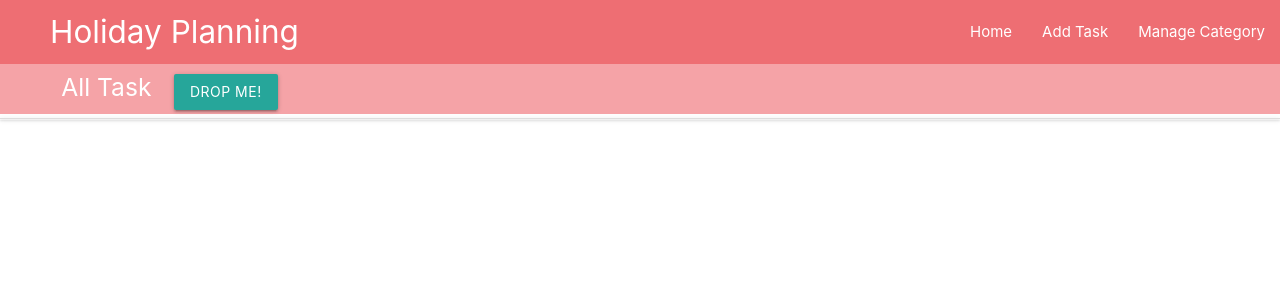
Repository: Code-Institute-Submissions/Project3-Holiday_Planning
Page: http://localhost/
The author's editor kept a record of every edit. The page is drawn from the files as they stood at one moment, then again after the next edit.
The browser window is 1280 px wide. The pictures show the whole page.
Some web libraries are served in a nearby version. The page is served by the project's application, run on Flask 3 (app.py). Queries for data that is not in the repository find no rows.

Above is the page before.

### templates/tasks.html
{% extends 'layout.html' %} {% block content %}


<div class="allTask">
  <div class='row all_task_navi'>
      <div class='col'>
        <h5>All Task</h5>
      </div>
      <div class='col'>
           <!-- Dropdown Trigger -->
      <a class='dropdown-trigger btn' href='#' data-target='dropdown1'>Drop Me!</a>

    <!-- Dropdown Structure -->
    <ul id='dropdown1' class='dropdown-content'>
      <li><a href="#!">one</a></li>
      <li><a href="#!">two</a></li>
      <li class="divider" tabindex="-1"></li>
      <li><a href="#!">three</a></li>
      <li><a href="#!"><i class="material-icons">view_module</i>four</a></li>
      <li><a href="#!"><i class="material-icons">cloud</i>five</a></li>
    </ul>
      </div>

  </div>




<div class="row">

<!--put the collapsible initialization in layout.html    -->
  <ul class="collapsible">
    {% for task in tasks %}
    <li>

      <div class="collapsible-header">
          <div class="task_header col s3">
              <i class="material-icons">expand_more</i>
              <a href="{{url_for('delete_task', task_id=task._id)}}" class="waves-effect waves-light btn btn-small">Done</a>
              <a href="{{url_for('edit_task', task_id=task._id)}}" class="waves-effect waves-light btn btn-small">Edit</a>
          </div>

          <div class="task_header col s9">
              <strong>Category : {{task.category_name}}</strong>
              <br><strong>{{task.task_name}}</strong> - {{task.due_date}}
          </div>
      </div>


      <div class="collapsible-body">
        <span>{{task.task_description}}</span><br><span>{{task.website}}</span><br><span>Person in charge - {{task.person_in_charge}}</span>
      </div>

    </li>
    {% endfor %}
  </ul>
</div>
</div>

{% endblock %}

### templates/layout.html
<!DOCTYPE html>
<html>

<head>
        <link href="https://fonts.googleapis.com/icon?family=Material+Icons" rel="stylesheet">
        <link rel="stylesheet" href="https://cdnjs.cloudflare.com/ajax/libs/materialize/1.0.0/css/materialize.min.css">
        <link rel="stylesheet" href="{{url_for('static', filename='css/style.css')}}" type="text/css"/>
</head>


<body>
    <header>
        <nav>
            <div class="nav-wrapper">
                <a href="{{url_for('get_tasks')}}" class="brand-logo">Holiday Planning</a>
                <a href="#" data-activates="mobile-demo" class="sidenav-trigger"><i class="material-icons">menu</i></a>

                <ul id="nav-mobile" class="right hide-on-med-and-down">
                    <li><a href="{{url_for('get_tasks')}}">Home</a></li>
                    <li><a href="{{url_for('add_task')}}">Add Task</a></li>
                    <li><a href="{{url_for('get_category')}}">Manage Category</a></li>
                </ul>

                <!--extended hamburger navbar added for mobile-->
                <ul class="sidenav" id="mobile-demo">

                    <li><a href="{{url_for('get_tasks')}}">Home</a></li>
                    <li><a href="{{url_for('add_task')}}">Add Task</a></li>
                    <li><a href="{{url_for('get_category')}}">Manage Category</a></li>
                </ul>
            </div>
        </nav>
    </header>

    <div>
        {% block content %} {% endblock %}
    </div>


    <!--<script src="https://cdnjs.cloudflare.com/ajax/libs/jquery/3.4.1/jquery.min.js"></script>-->
   <script <script type="text/javascript" src="https://code.jquery.com/jquery-2.1.1.min.js"></script>
    <script src="https://cdnjs.cloudflare.com/ajax/libs/materialize/1.0.0/js/materialize.min.js"></script>

    <!--to perform the collapsible, datepicker and select option function-->
    <script type="text/javascript">
        $(document).ready(function(){
            $('.collapsible').collapsible();
            $('.datepicker').datepicker({
                format:'dd/mm/yyyy'
            });
            $('select').formSelect();
            $('.sidenav').sidenav();

        });

        // $('.datepicker').pickadate({
        //     selectMonths: true, // Creates a dropdown to control month
        //     selectYears: 15, // Creates a dropdown of 15 years to control year,
        //     today: 'Today',
        //     clear: 'Clear',
        //     close: 'Ok',
        //     closeOnSelect: false // Close upon selecting a date,
        // });

        </script>


        {%block extra_js%}{%endblock%}
</body>

</html>

### app.py
import os
from flask import Flask, render_template, redirect, request, url_for
from flask_pymongo import PyMongo
from bson.objectid import ObjectId


app = Flask(__name__)
app.config["MONGO_DBNAME"] = 'holiday_planning'
app.config["MONGO_URI"] = 'mongodb+srv://root:es1234@cluster0-dio8w.mongodb.net/holiday_planning?retryWrites=true&w=majority'
mongo = PyMongo(app)


# Function to display landing page
@app.route('/')
def index():
    return render_template("tasks.html", tasks=mongo.db.tasks.find())


# T1 - Fetch data in mongodb pass it back to tasks.html
@app.route('/get_tasks')
def get_tasks():
    tasks=mongo.db.tasks.find()
    print(tasks)
    return render_template("tasks.html",
                           tasks=tasks)



# T2 & T3 - After add_task, must follow by insert_task
@app.route('/add_task')
def add_task():
    return render_template('addTask.html',
                            category=mongo.db.category.find())


@app.route('/insert_task', methods=['POST'])
def insert_task():
    tasks = mongo.db.tasks
    tasks.insert_one(request.form.to_dict())
    return redirect(url_for('get_tasks'))



# T4 & T5 - After edit_task, must follow by update_task
@app.route('/edit_task/<task_id>')
def edit_task(task_id):
    the_task =  mongo.db.tasks.find_one({"_id": ObjectId(task_id)})
    all_category =  mongo.db.category.find()
    return render_template('editTask.html', task=the_task,
                           category=all_category)


@app.route('/update_task/<task_id>', methods=["POST"])
def update_task(task_id):
    tasks = mongo.db.tasks
    tasks.update( {'_id': ObjectId(task_id)},
    {
        'category_name':request.form.get('category_name'),
        'task_name':request.form.get('task_name'),
        'task_description': request.form.get('task_description'),
        'person_in-charge': request.form.get('person_in-charge'),
        'website': request.form.get('website'),
        'due_date': request.form.get('due_date'),
        'is_urgent':request.form.get('is_urgent')
    })
    return redirect(url_for('get_tasks'))


# T6 - Delete task from the get_tasks page
@app.route('/delete_task/<task_id>')
def delete_task(task_id):
    mongo.db.tasks.remove({'_id': ObjectId(task_id)})
    return redirect(url_for('get_tasks'))



# CATEGORY

# C1 - Function to fetch all our data in mongodb pass it back to category.html
@app.route('/get_category')
def get_category():
    return render_template("category.html",
                            category=mongo.db.category.find())



# C2 & C3 - After add_category, must follow by insert_category
@app.route('/add_category')
def add_category():
    return render_template('addCategory.html')


@app.route('/insert_category', methods=['POST'])
def insert_category():
    category_doc = {'category_name': request.form.get('category_name')}
    mongo.db.category.insert_one(category_doc)
    return redirect(url_for('get_category'))



# C4 & C5 - After edit_category, must follow by update_category
@app.route('/edit_category/<category_id>')
def edit_category(category_id):
    return render_template('editCategory.html',
    category=mongo.db.category.find_one({'_id': ObjectId(category_id)}))


@app.route('/update_category/<category_id>', methods=['POST'])
def update_category(category_id):
    mongo.db.category.update(
        {'_id': ObjectId(category_id)},
        {'category_name': request.form.get('category_name')})
    return redirect(url_for('get_category'))



# C6 - Delete category from the Manage Category page
@app.route('/delete_category/<category_id>')
def delete_category(category_id):
    mongo.db.category.remove({'_id': ObjectId(category_id)})
    return redirect(url_for('get_category'))



# Boiler plate - must include at the end of app.py
if __name__ == '__main__':
    app.run(host=os.environ.get('IP'),
            port=int(os.environ.get('PORT')),
            debug=True)

### static/css/style.css
/*tasks.html*/

.all_task_navi{
    margin-bottom: 0px;
}


.allTask,
.addTask{
    /*color: white;*/
    height:50px;
    background-color: #f5a3a7;
    vertical-align: baseline;
    padding-top: 10px;
    margin-bottom: 0px;
    padding-bottom: 30px;
}



.btn_small {
    height: 24px;
    width: 60px;
    line-height: 24px;
    margin: 5px 100px;
    padding: 0px 100px;
}


/*Add Task Page*/
.submit_btn{
    margin-left: 200px;
}




.divider{
    width:10px;
    border:none;

}


.task_name{
   padding: 50px 0px 0px 0px;
}


.nav-wrapper,
h5{
    margin: 0px;
    padding:0px 0px 0px 50px;
    color: white;
}

After the next edit:
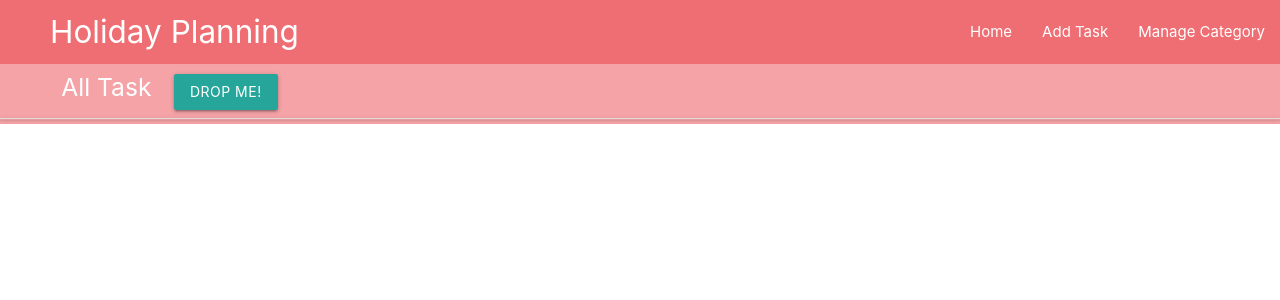
The edit:
--- a/static/css/style.css
+++ b/static/css/style.css
@@ -13,7 +13,7 @@
     vertical-align: baseline;
     padding-top: 10px;
     margin-bottom: 0px;
-    padding-bottom: 30px;
+    padding-bottom: 50px;
 }
 
 
